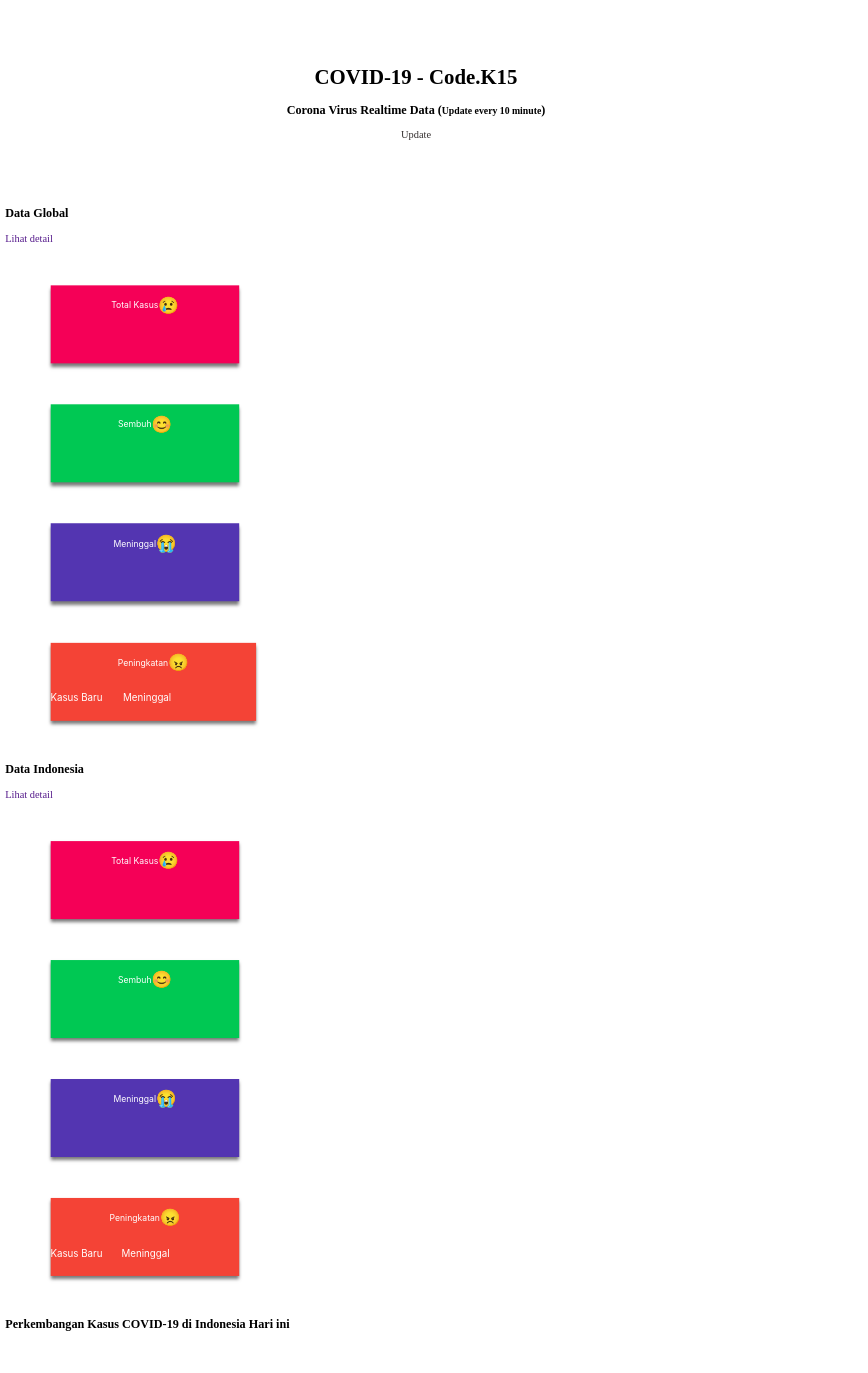
Repository: fathur15/covid19-monitoring
Page: http://localhost/covid19/apps/views/data/main/dashboard.php
The author's editor kept a copy of each file at every save. The page is drawn from the files as they stood at one save, then again after the next save.
The browser window is 1280 px wide. The page is 1335 px wide, so the pictures cover 1335 px, including what lies to the right of the window. The pictures show the whole page, at 65% of full size.
The page is run by PHP 8.4 with error messages shown; the project is at /var/www/html/.

Above is the page before, as saved 2020-04-14 14:10:21.

After the next save:
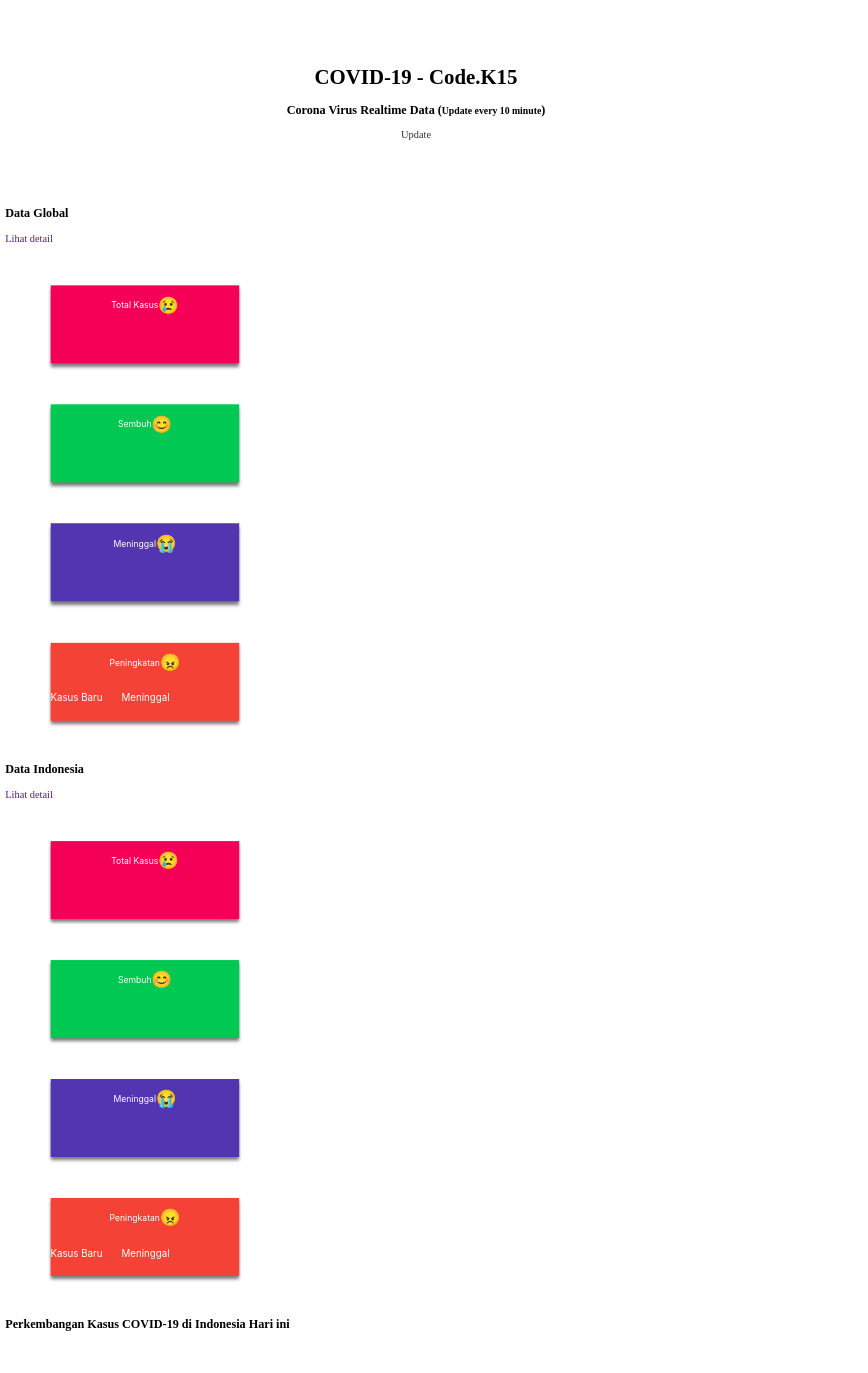
Saved 31 s later.
--- a/apps/views/data/main/dashboard.php
+++ b/apps/views/data/main/dashboard.php
@@ -74,7 +74,7 @@
                                 <!-- <p style="">Orang</p> -->
                             </div>
                         </div>
-                        <div class="shadow-box card" style="margin:5% 0.5%; width:25%; height: 120px; background: #f44336">
+                        <div class="shadow-box card" style="margin:5% 0.5%; width:23%; height: 120px; background: #f44336">
                             <div class="card-body">
                                 <div style="flex-direction: row; display: flex; justify-content: center; align-items: center;">
                                     <h5 id="title-kasus-global" class="card-text">Peningkatan</h5>
